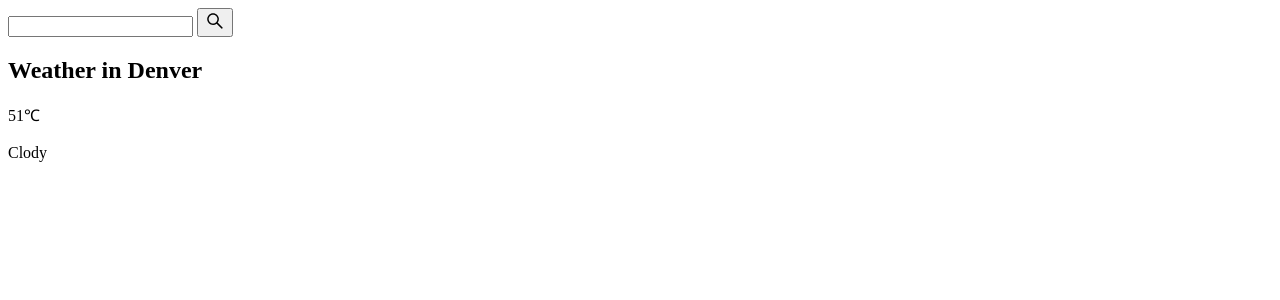
Repository: pin-seavmuy/JavaScript
Page: index.html
These files come from the project's save history. The page is drawn as it stood at one moment and after a run of saves; the edit follows.
The browser window is 1280 px wide. The pictures show the whole page.

Above is the page before, as saved 2024-04-21 22:52:00.
Not found: your_script.js

### index.html
<!DOCTYPE html>
<html>
    <head>
        <meta charset="utf-8">
        <meta http-equiv="X-UA-Compatible" content="IE=edge">
        <title>Weather App</title>
        <meta name="description" content="">
        <meta name="viewport" content="width=device-width, initial-scale=1">
        <link rel="stylesheet" href="./style.css">
        <link rel="stylesheet" href="path/to/font-awesome/css/font-awesome.min.css">
    </head>
    <body>
        <div class="card">
            <div class="search">
                <input type="text" class="search-bar">
                <button><svg stroke="currentColor" fill="currentColor" stroke-width="0" viewBox="0 0 1024 1024" height="1.5em"
                    width="1.5em" xmlns="http://www.w3.org/2000/svg">
                    <path
                      d="M909.6 854.5L649.9 594.8C690.2 542.7 712 479 712 412c0-80.2-31.3-155.4-87.9-212.1-56.6-56.7-132-87.9-212.1-87.9s-155.5 31.3-212.1 87.9C143.2 256.5 112 331.8 112 412c0 80.1 31.3 155.5 87.9 212.1C256.5 680.8 331.8 712 412 712c67 0 130.6-21.8 182.7-62l259.7 259.6a8.2 8.2 0 0 0 11.6 0l43.6-43.5a8.2 8.2 0 0 0 0-11.6zM570.4 570.4C528 612.7 471.8 636 412 636s-116-23.3-158.4-65.6C211.3 528 188 471.8 188 412s23.3-116.1 65.6-158.4C296 211.3 352.2 188 412 188s116.1 23.2 158.4 65.6S636 352.2 636 412s-23.3 116.1-65.6 158.4z">
                    </path>
                </svg></button>
            </div>
            <div class="weather">
                <h2 class="city">Weather in Denver</h2>
                <div class="temp">51&#8451;</div>
                <img src="" class="icon" alt="">
                <div class="description">Clody</div>
                <div class="humidity"></div>
                <div class="wind"></div>
            </div>
        </div>

        <script src="your_script.js" async defer></script>
    </body>
</html>

### style.css
@import { CiSearch } from "react-icons/ci";

After the next 3 saves:
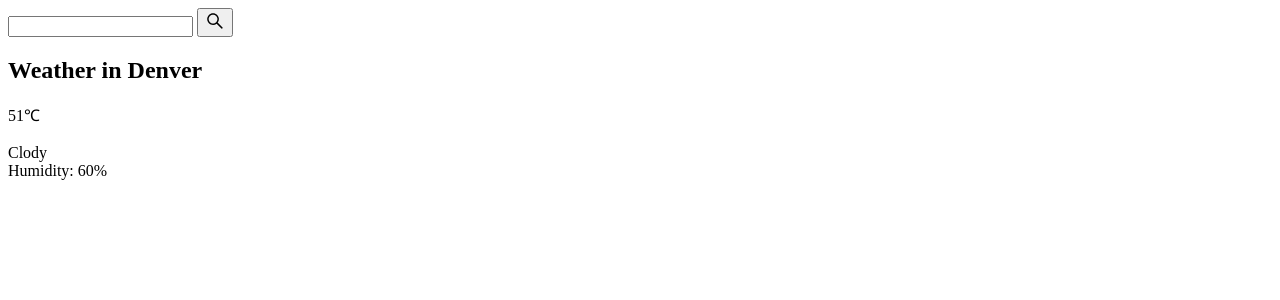
The 3 saves are shown as one change because they came seconds apart.
The last was saved 13 s later.
--- a/index.html
+++ b/index.html
@@ -25,7 +25,7 @@
                 <div class="temp">51&#8451;</div>
                 <img src="" class="icon" alt="">
                 <div class="description">Clody</div>
-                <div class="humidity"></div>
+                <div class="humidity">Humidity: 60%</div>
                 <div class="wind"></div>
             </div>
         </div>
